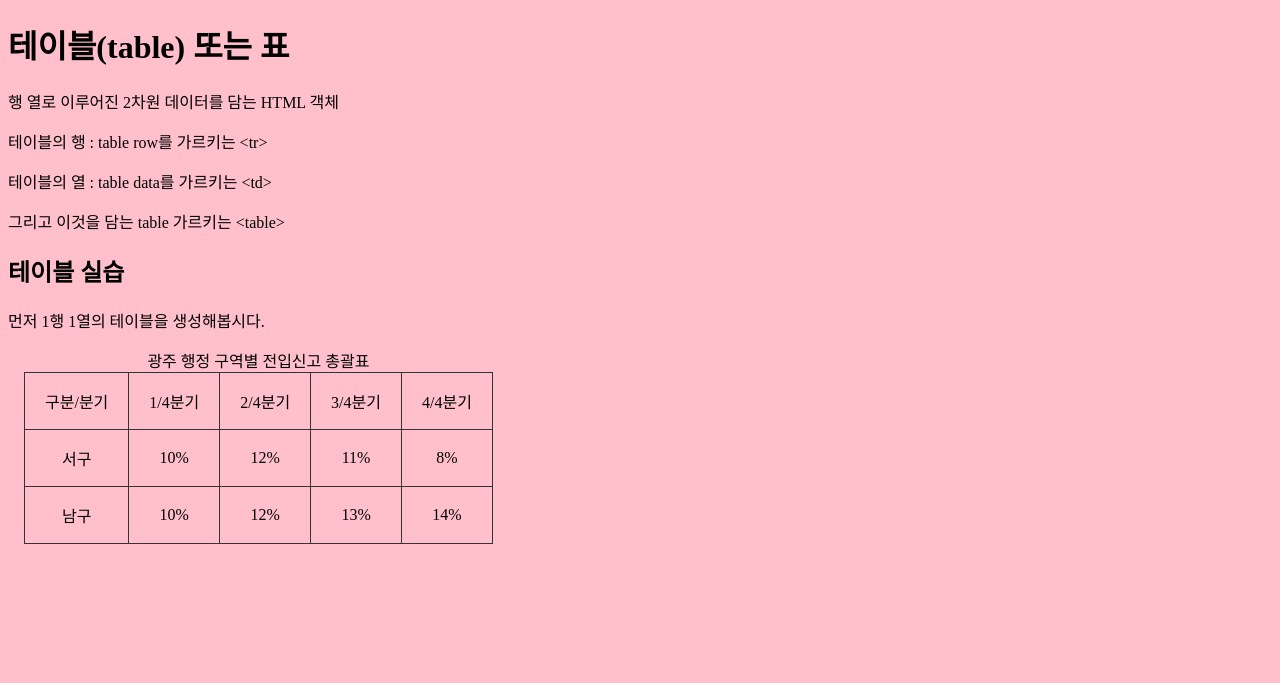
Repository: kmh9964/view
Page: workspace/studyhtml5/src/main/webapp/docs/first.html
An editor plug-in stored every save of this project. The page is shown before and after the next save, followed by the edit.
The browser window is 1280 px wide. The pictures show the whole page.

Above is the page before, as saved 2022-12-15 06:40:14.

### workspace/studyhtml5/src/main/webapp/docs/first.html
<!doctype html>
<html lang="en">
<head>
<meta charset="UTF-8" />
<title>표</title>
<link rel="stylesheet" href="../css/main.css" />
</head>
<body>
	<h1>테이블(table) 또는 표</h1>
	<p>행 열로 이루어진 2차원 데이터를 담는 HTML 객체<p>
	<p>테이블의 행 : table row를 가르키는 &lt;tr&gt;</p> <!-- &은 그냥 특수 문자,lt 작다,gt는 크다라는 뜻 -->
	<p>테이블의 열 : table data를 가르키는 &lt;td&gt;</p>
	<p>그리고 이것을 담는 table 가르키는 &lt;table&gt;</p>
	<h2>테이블 실습</h2>
	<p>먼저 1행 1열의 테이블을 생성해봅시다.</p>

	<table>
		<caption>광주 행정 구역별 전입신고 총괄표</caption> <!-- 테이블 이름 넣어줄때 -->
		<tr> <!-- 행 -->
			<td>구분/분기</td><td>1/4분기</td><td>2/4분기</td><td>3/4분기</td><td>4/4분기</td> <!-- 열 -->
		</tr>
		<tr> <!-- 행 -->
			<td>서구</td><td>10%</td><td>12%</td><td>11%</td><td>8%</td> <!-- 열 -->
		</tr>
		<tr> <!-- 행 -->
			<td>남구</td><td>10%</td><td>12%</td><td>13%</td><td>14%</td> <!-- 열 -->
		</tr>
	</table>



</body>
</html>

### workspace/studyhtml5/src/main/webapp/css/main.css
@charset "UTF-8";

body {
	background: pink;
}

/* css 선택자
		-- 자주 쓰는것 : 1~5
		1)공용 선택자 : *
		2) 태그 선택자 :p
		3)클래스 선택자 : .text
		4) 아이디 선택자 :




*/

table, td {
		border :  1px solid #333;   /* 선의 두께, 선의 종류, 선의 색상 */
		border-collapse: collapse;  /* 테두리-겹침: 겹쳐라 */
		margin : 1rem;/*마진(=바깥여백) : 상,하,좌,우 모두 적용*/
}
td{
	padding: 1rem 1.250rem; /* 패딩(=안여백): 상하 1rem , 좌우 1.250rem */
	text-align: center;     /* 열(td) 정렬 */
}

After the next save:
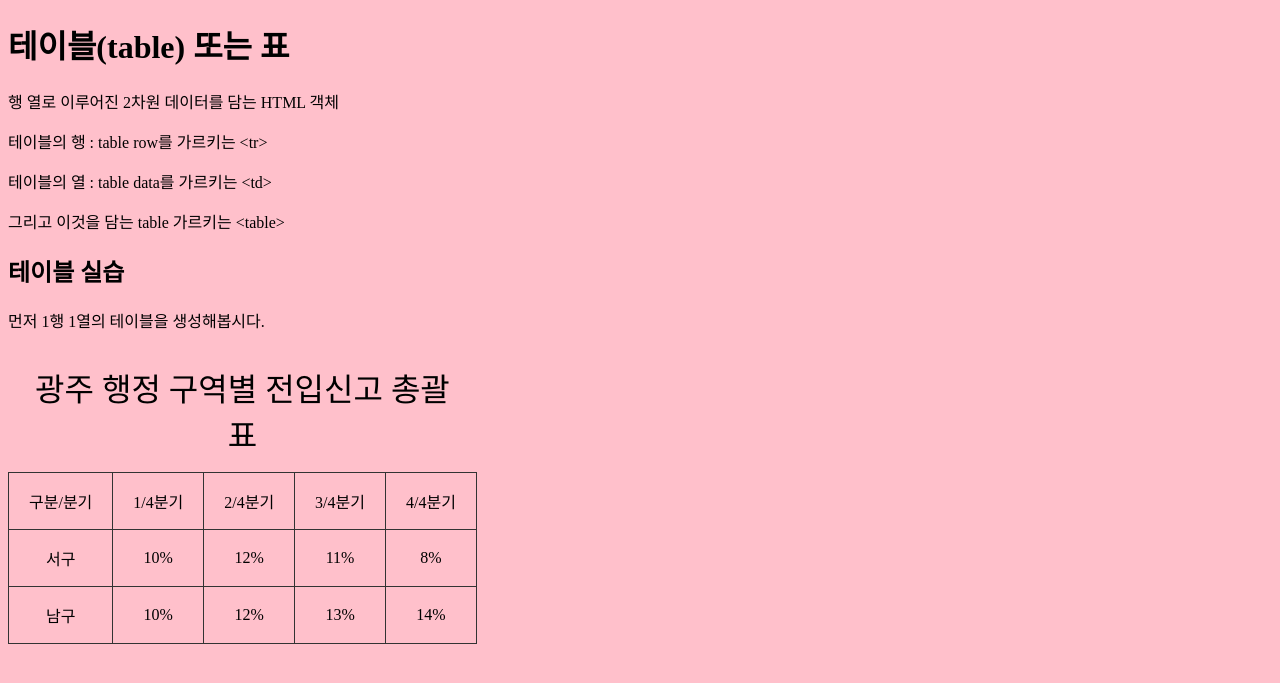
Saved 109 s later.
--- a/workspace/studyhtml5/src/main/webapp/css/main.css
+++ b/workspace/studyhtml5/src/main/webapp/css/main.css
@@ -19,9 +19,12 @@ body {
 table, td {
 		border :  1px solid #333;   /* 선의 두께, 선의 종류, 선의 색상 */
 		border-collapse: collapse;  /* 테두리-겹침: 겹쳐라 */
-		margin : 1rem;/*마진(=바깥여백) : 상,하,좌,우 모두 적용*/
 }
 td{
 	padding: 1rem 1.250rem; /* 패딩(=안여백): 상하 1rem , 좌우 1.250rem */
 	text-align: center;     /* 열(td) 정렬 */
 }
+caption{
+	margin : 1rem;/*마진(=바깥여백) : 상,하,좌,우 모두 적용*/
+	font-size :  2rem; /*글자크기 : 기본값의 2배수(기본값이 16px인데 그것의2배 크기로 하란소리)*/
+}
